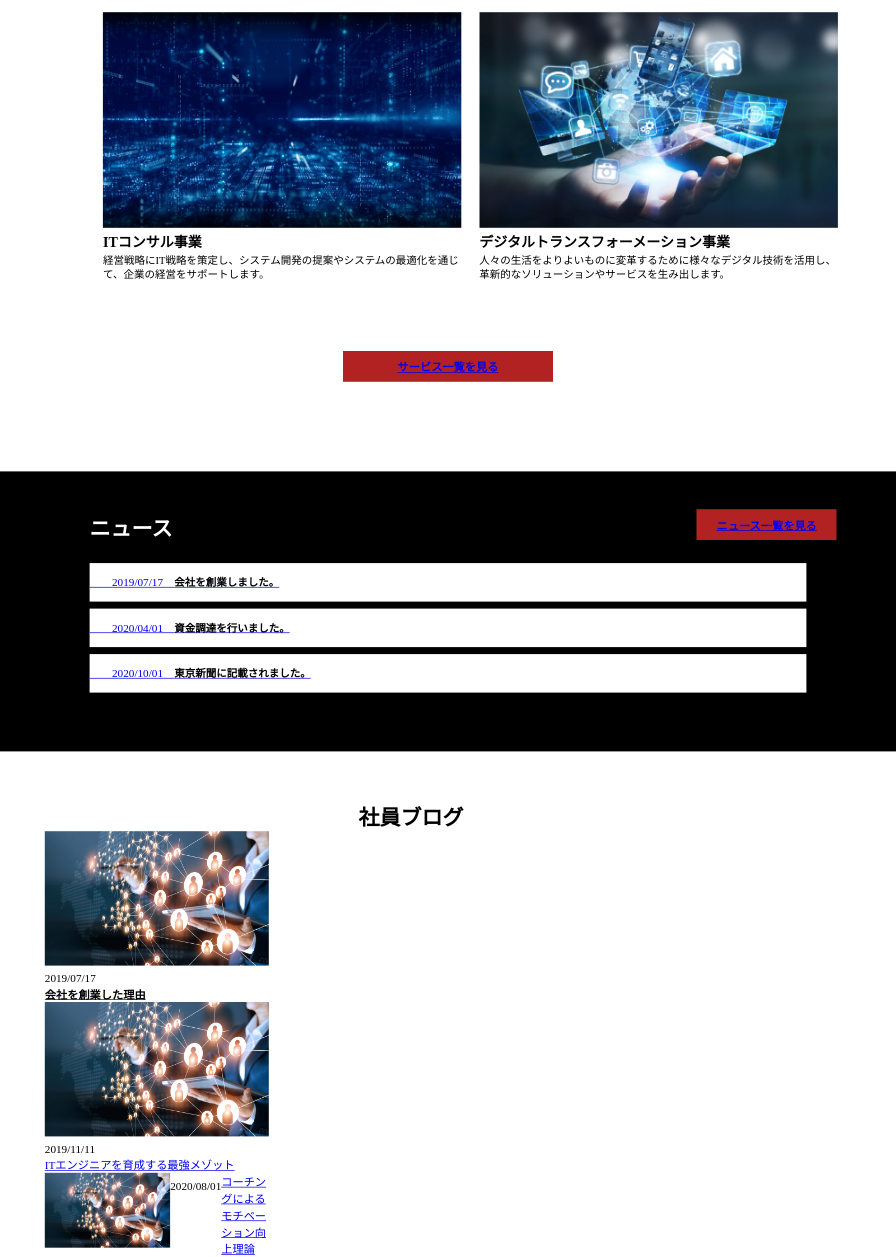
Repository: sigemasaasuka/20211012sigemasa
Page: index.html
An editor plug-in stored every save of this project. The page is shown before and after the next save, followed by the edit.
The browser window is 1280 px wide. The pictures show the part of the page from y = 1338 to 3258 px (the page is 3134 px tall before and 3258 px after), at 70% of full size.

Above is the page before, as saved 2021-10-19 17:49:41.

### index.html
<!DOCTYPE html>
<html lang="ja">

<head>
  <meta charset="UTF-8">
  <meta name="viewport" content="width=device-width, initial-scale=1.0">
  <title>Document</title>

    <link rel="stylesheet" href="css/reset.css">
    <link rel="stylesheet" href="css/index.css">
</head>
<body>
  <header class="header">
    <div class="header-logo">
      <img class="logo" src="img/logo.png" alt="logo">
    </div>
    <nav class="header-nav">
      <ul class="header-nav-list">
        <li class="header-nav-item"><a href="index.html">ホーム</a></li>
        <li class="header-nav-item"><a href="service.html">事業内容</a></li>
        <li class="header-nav-item"><a href="news.html">ニュース</a></li>
        <li class="header-nav-item"><a href="blog.html">社員ブログ</a></li>
        <li class="header-nav-item"><a href="company.html">会社概要</a></li>
        <li class="header-nav-item"><a href="recruit.html">採用情報</a></li>
        <li class="header-nav-item"><a href="contact.html">お問い合わせ</a></li>
      </ul>
    </nav>
  </header>
  <div class="home">
  <div class="home-photo">
    <div class="home-title">
    <p>最新のテクノロジーで社会課題を解決</p>
      <div class="home-title2">
      <p>Solving　issues　with　the　latest　technology</p>
     </div>
    </div>
    </div>
    </div>
    <div class="home-color">
      <div class="hope">
        <p><br><br>株式会社TECHの想い</p>
        <div class="hope2">
          <p>あらゆる産業において、新たなデジタル技術を使ってこれまでにないビジネスモデルを展開する新規参加者が登場し、ゲームチェンジが起ころうとしています。こうした<br>中で、各企業は、競争力維持・強化のために、DXを迅速に進めていくことが求められています。しかし、DXにおいて投資コストは非常にかかります。株式会社TECHでは<br>独自のオペレーションと人材教育により、他社よりも価格を抑えた開発を行います。</p>
        </div>
      </div>
    </div>
    <div class="service">
      <p>サービス</p>
      </div>
      <div class="png1">
      <div class="service1">
        <img  src="img/service1.png"  alt="service1">
        <div class="it">
        <p>IT人材育成事業</p>
        <div class="it2">
        <p>これまでに培った教育手法を生かして、短期間で即戦力のIT人材を育成します。</p>
        </div>
      </div>
      </div>
      <div class="service2">
      <img  src="img/service2.png" alt="service2">
      <div class="coach">
        <p>コーチング事業</p>
        <div class="coach2">
          <p>目標達成を最短で実現するために、プロのコーチによるマンツーマンのサポートを実施します</p>
        </div>
      </div>
      </div>
      </div>
      <div class="png2">
      <div class="service3">
        <img src="img/service3.png" alt="service3">
        <div class="Consultant">
          <p>ITコンサル事業</p>
          <div class="Consultant2">
            <p>経営戦略にIT戦略を策定し、システム開発の提案やシステムの最適化を通じて、企業の経営をサポートします。</p>
          </div>
        </div>
      </div>
      <div class="service4">
        <img src="img/service4.png" alt="service4">
        <div class="formation">
          <p>デジタルトランスフォーメーション事業</p>
          <div class="formation2">
            <p>人々の生活をよりよいものに変革するために様々なデジタル技術を活用し、革新的なソリューションやサービスを生み出します。</p>
          </div>
        </div>
      </div>
      </div>
      <div class="list">
        <a href="service.html">サービス一覧を見る</a>
      </div>
      <div class="news">
        <div class="nesw-list">
          <div class="news-font">
          <p>ニュース</p></div>
          <div class="news-button">
            <a href="news.html">ニュース一覧を見る</a>
          </div>
        </div>
        <div class="news-info1">
          <a href="index.html">　　2019/07/17　<span class="co">会社を創業しました。</span></a></div>
          <div class="news-info2">
          <a href="index.html">　　2020/04/01　<span class="fund">資金調達を行いました。</span></a></div>
          <div class="news-info3">
          <a href="index.html">　　2020/10/01　<span class="newspaper">東京新聞に記載されました。</span></a></div>
      </div>
      <div class="blog">
        <p>社員ブログ</p>
        </div>
        <div class="reason-png">
          <a href="index.html">
            <img src="img/blog.png" alt="blog">
          </a>
          <p class="reason">2019/07/17</p>
          <a href="index.html"><p class="reason2">会社を創業した理由</p></a>
        </div>
        <div class="nurturing-png">
          <a href="index.html">
            <img src="img/blog.png" alt="blog">
          </a>
          <p class="nurturing">2019/11/11</p>
          <a href="index.html">
            <p class="nurturing1">ITエンジニアを育成する最強メゾット</p>
          </a>
        </div>
        <div class="coaching-png">
        <a href="index.html">
          <img src="img/blog.png" alt="blog">
        </a>
        <p class="coaching">2020/08/01</p>
        <a href="index.html">
          <p class="coaching1">コーチングによるモチベーション向上理論</p>
        </a>
        </div>


<script src="js/main.js"></script>
</body>
</html>

### css/reset.css
@charset "UTF-8";
html, body, div, span, applet, object, iframe,
h1, h2, h3, h4, h5, h6, p, blockquote, pre,
a, abbr, acronym, address, big, cite, code,
del, dfn, em, img, ins, kbd, q, s, samp,
small, strike, strong, sub, sup, tt, var,
b, u, i, center,
dl, dt, dd, ol, ul, li,
fieldset, form, label, legend,
table, caption, tbody, tfoot, thead, tr, th, td,
article, aside, canvas, details, embed,
figure, figcaption, footer, header, hgroup,
menu, nav, output, ruby, section, summary,
time, mark, audio, video {
margin: 0;
padding: 0;
border: none;
font-style: normal;
text-align: left;
zoom: 1;
}
article, aside, details, figcaption, figure,
footer, header, hgroup, menu, nav, section {
display: block;
}
table {
border-collapse: collapse;
font-family: inherit;
}
h1,h2,h3,h4,h5 {
font-size: 100%;
font-weight: normal;
line-height: 1;
}
input,textarea,select {
font-family: inherit;
font-size: 16px;
}
input[type="button"],input[type="text"],input[type="submit"] {
 -webkit-appearance: none;
 border-radius: 0;
}
textarea {
resize: none;
-webkit-appearance: none;
border-radius: 0;
}
th,td {
border-collapse: collapse;
}
table th,table td {
white-space: nowrap;
}
ul,ol {
list-style-type: none;
}
img {
vertical-align: text-bottom;
vertical-align: -webkit-baseline-middle;
max-width: 100%;
height: auto;
width /***/:auto;
}

### css/index.css
.logo {
  text-decoration: none;
  color: inherit;
  width: 50%;
}
.header {
  width: 100%;
  display: flex;
  justify-content: space-between;
  align-items: center;
  height: 70px;
  padding: 0 30px;
  position: fixed;
  box-sizing: border-box;
  background-color: #fff;
  color: #000;
}

.a {
  text-decoration: none;
}

.header-ttl {
  font-size: 24px;
  width: 80px;
}

.header-nav-list {
  display: flex;
  font-weight: bold;
}

.header-nav-item:not(:last-child) {
  margin-right: 30px;
}

.home-photo {
  position: relative;
  padding-top: calc(250 / 683 * 100%); /* calc(画像高さ ÷ 画像横幅 × 100%) */
  background: url(../img/mv.png) center center / cover no-repeat;
}

.home-title {
  display: flex;
  flex-direction: column;
  position: absolute;
  font-size: 50px;
  margin-left: 20%;
  top: 40%;
  font-weight: bolder;
  color: #fff;
}

.home-title2 {
  display: flex;
  position: absolute;
  font-size: 20px;
  margin-top: 45px;
  margin-left: 23%;
  top: 40%;
  font-weight: bold;
  color: #fff;
}

.home-color {
  background-color: #000;
  height: 300px;
}

.hope {
  top: 30%;
  display: flex;
  flex-direction: column;
  font-weight: bolder;
  font-size: 30px;
  margin-left: 10%;
  color: #fff;
}

.hope2 {
  display: flex;
  font-size: 15px;
  margin-top: 20px;
  font-weight: normal;
  color: #fff;
}

.service {
  margin-top: 5%;
  margin-left: 45%;
  font-size: 35px;
  font-weight: bolder;
}

.png1 {
  display: flex;
  justify-content: center;
}

.service1 {
  margin-top: 5%;
  margin-left: 5%;
  width: 40%;
}

.it {
  margin-top: 1%;
  font-size: 20px;
  font-weight: bolder;
}

.it2 {
  font-size: 15px;
  font-weight: normal;
}

.service2 {
  margin-top: 3%;
  margin-left: 2%;
  width: 40%;
}

.coach {
  margin-top: 1%;
  font-size: 20px;
  font-weight: bolder;
}

.coach2 {
  font-size: 15px;
  font-weight: normal;
}

.png2 {
  display: flex;
  justify-content: center;
}

.service3 {
  margin-top: 2%;
  margin-left: 5%;
  width: 40%;
}

.Consultant {
  margin-top: 1%;
  font-size: 20px;
  font-weight: bolder;
}

.Consultant2 {
  font-size: 15px;
  font-weight: normal;
}

.service4 {
  margin-top: 2%;
  margin-left: 2%;
  width: 40%;
}

.formation {
  margin-top: 1%;
  font-size: 20px;
  font-weight: bolder;
}

.formation2 {
  font-size: 15px;
  font-weight: normal;
}

.list {
  width: 300px;
  padding: 10px 0;
  color: #fff;
  font-weight: bold;
  background: #b22222;
  text-align: center;
  margin: 100px auto 0;
  display: block;
}

.news {
  margin-top: 10%;
  background-color: #000;
  height: 400px;
}

.nesw-list {
  margin-left: 10%;
  display: flex;
  justify-content: flex-start;
  align-items: center;
}

.news-font {
  font-weight: bold;
  font-size: 30px;
  color: #fff;
  margin-top: 5%;
}

.news-button {
  color: #fff;
  margin-top: 50px;
  margin-left: 65%;
  width: 200px;
  padding: 10px 0;
  font-weight: bold;
  background: #b22222;
  text-align: center;
  display: block;
}

.news-info1 {
  margin-top: 30px;
  margin-left: 10%;
  width: 80%;
  height: 35px;
  padding: 10px 0;
  background: #fff;
  line-height: 35px;
  display: block;
  color: #000;
}
.co {
  font-size: 15px;
  font-weight: bold;
  color: #000;
}

.news-info2 {
  margin-top: 10px;
  margin-left: 10%;
  width: 80%;
  height: 35px;
  padding: 10px 0;
  background: #fff;
  line-height: 35px;
  display: block;
  color: #000;
}
.fund {
  font-size: 15px;
  font-weight: bold;
  color: #000;
}

.news-info3 {
  margin-top: 10px;
  margin-left: 10%;
  width: 80%;
  height: 35px;
  padding: 10px 0;
  background: #fff;
  line-height: 35px;
  display: block;
  color: #000;
}
.newspaper {
  font-size: 15px;
  font-weight: bold;
  color: #000;
}

.blog {
  margin-top: 70px;
  margin-left: 40%;
  font-size: 30px;
  font-weight: bolder;
}

.reason-png {
  width: 25%;
  margin-left: 5%;
}

.reason {
  margin-top: 10px;
  color: #000;
}

.reason2 {
  font-weight: bolder;
  color: #000;
}

.nurturing-png {
  width: 25%;
  margin-left: 5%;
}

.nurturing {
  margin-top: 10px;
  color: #000;
}

.nurturing2 {
  font-weight: bolder;
  color: #000;
}

.coaching-png {
  display: flex;
  justify-content: center;
  width: 25%;
  margin-left: 5%;
}

.coaching {
  margin-top: 10px;
  color: #000;
}

.coaching2 {
  font-weight: bolder;
  color: #000;
}

Loaded but not shown: js/main.js (no stored copy; drawn as an empty file)

After the next save:
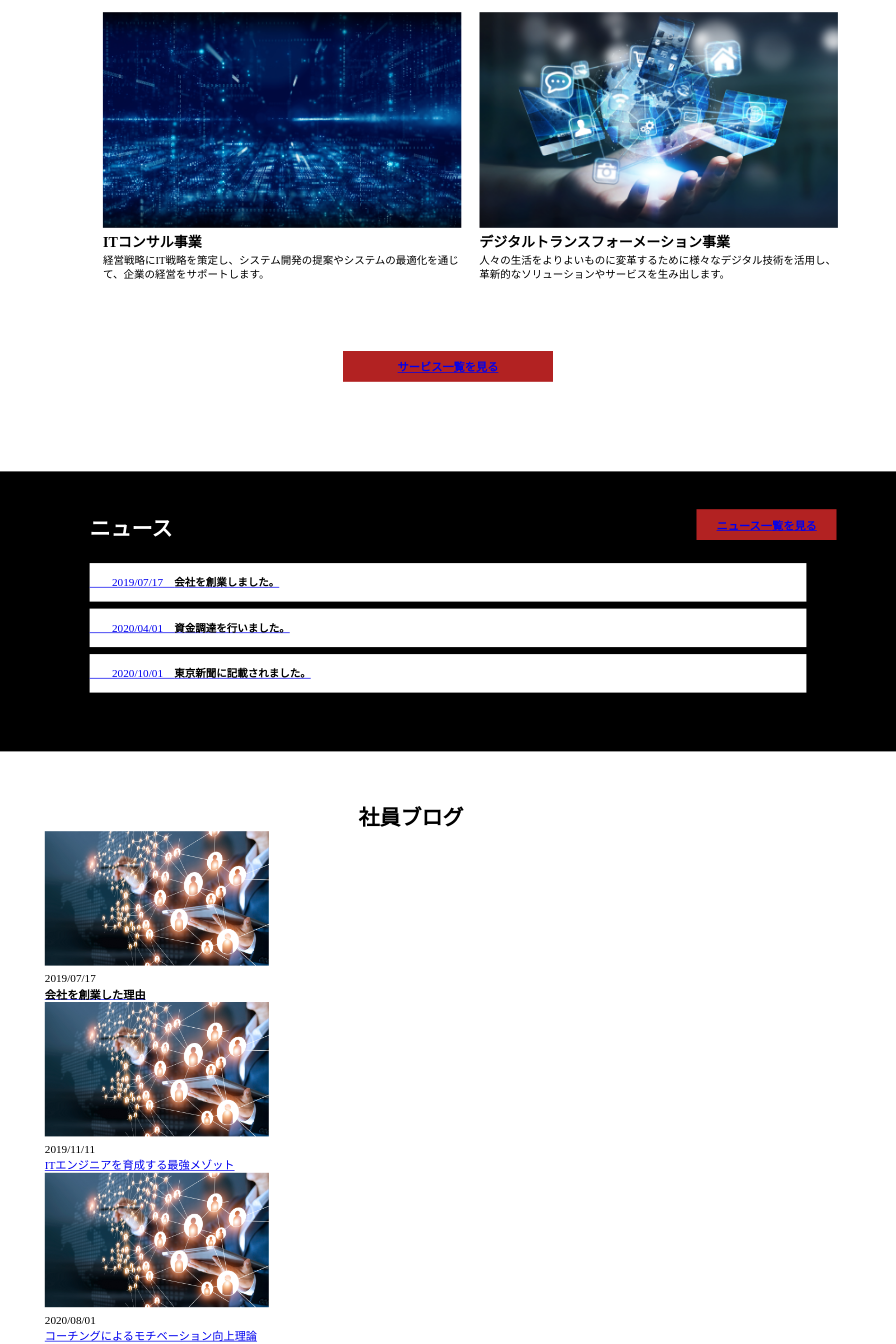
Saved 26 s later.
--- a/css/index.css
+++ b/css/index.css
@@ -302,8 +302,6 @@
 }
 
 .coaching-png {
-  display: flex;
-  justify-content: center;
   width: 25%;
   margin-left: 5%;
 }
